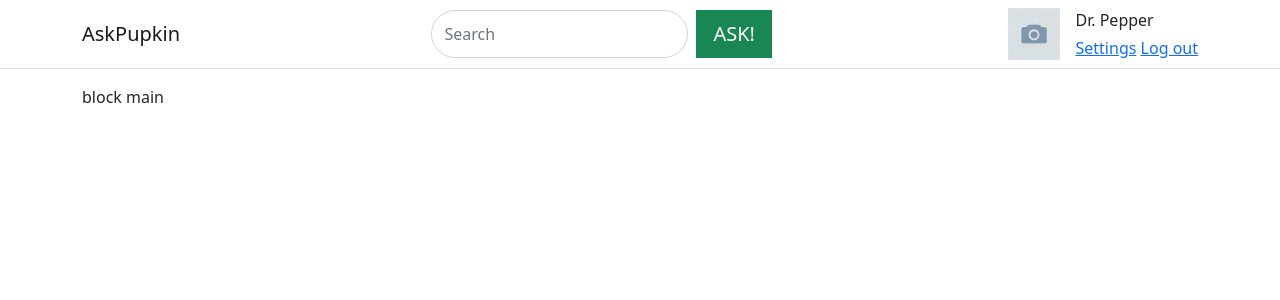
Repository: MiniDan21/askme_molchanov_django
Page: http://localhost/settings
An editor plug-in stored every save of this project. The page is shown before and after the next save, followed by the edit.
The browser window is 1280 px wide. The pictures show the whole page.
The page is served by the project's application, run on Django 5.2 (manage.py).

Above is the page before, as saved 2024-04-09 18:45:39.

After the next save:
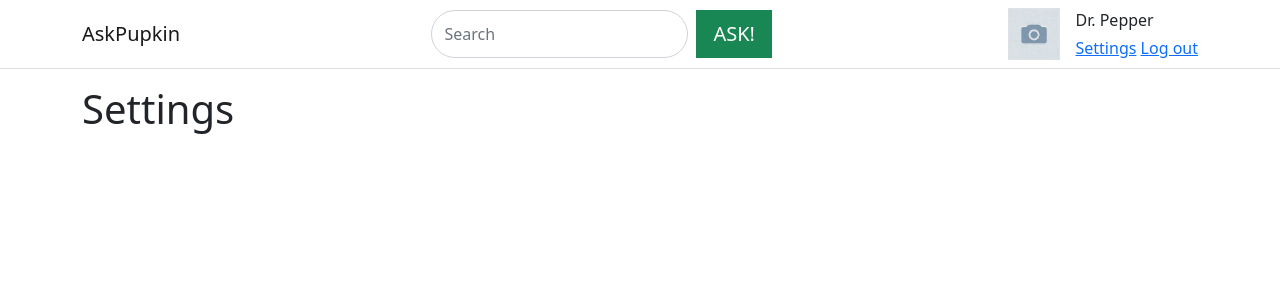
Saved 62 s later.
--- a/templates/settings.html
+++ b/templates/settings.html
@@ -1 +1,7 @@
 {% extends 'layouts/base.html' %}
+
+{% block main %}
+      <div class="d-flex gap-3 align-items-center">
+        <h1>Settings</h1>
+      </div>
+    {% endblock %}
